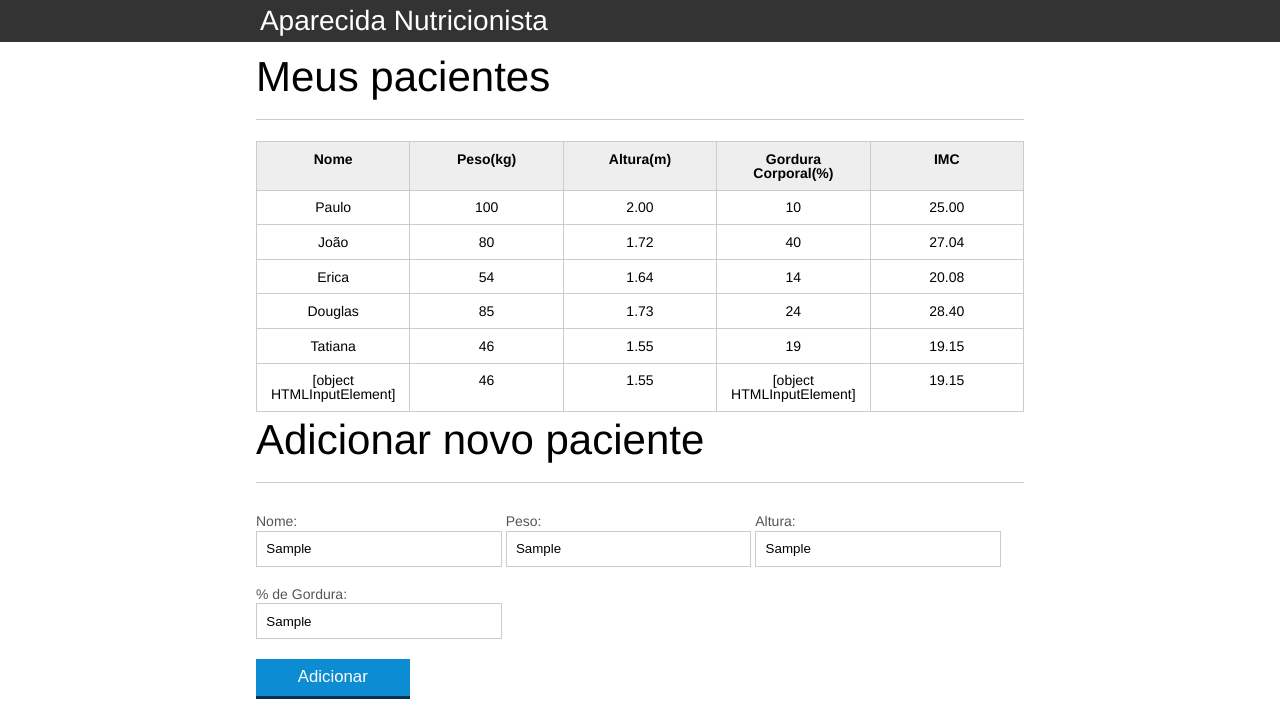
Repository: GabbLps/Controle-de-Clientes-Alura
Page: index.html
These files come from the project's save history. The page is drawn as it stood at one moment and after the next save; the edit follows.
The browser window is 1280 px wide. The pictures show the whole page.
Empty fields were first filled with sample values (such as "Sample", 5 or name@example.com).
After loading, the first visible `#adicionar-paciente` was clicked once.

Above is the page before, as saved 2022-05-09 09:46:19.

### index.html
<!DOCTYPE html>
<html lang="pt-br">
	<head>
		<meta charset="UTF-8">
		<title>Aparecida Nutrição</title>
		<link rel="icon" href="favicon.ico" type="image/x-icon">
		<link rel="stylesheet" type="text/css" href="css/reset.css">
		<link rel="stylesheet" type="text/css" href="css/index.css">

	</head>
	<body>

		<header>
			<div class="container">
				<h1 class="titulo">Aparecida Nutrição</h1>
			</div>
		</header>
		<main>
			<section class="container">
				<h2>Meus pacientes</h2>
				<table>
					<thead>
						<tr>
							<th>Nome</th>
							<th>Peso(kg)</th>
							<th>Altura(m)</th>
							<th>Gordura Corporal(%)</th>
							<th>IMC</th>
						</tr>
					</thead>
					<tbody id="tabela-pacientes">
						<tr class="paciente" id="primeiro-paciente" >
							<td class="info-nome">Paulo</td>
							<td class="info-peso">100</td>
							<td class="info-altura">2.00</td>
							<td class="info-gordura">10</td>
							<td class="info-imc">0</td>
						</tr>

						<tr class="paciente" >
							<td class="info-nome">João</td>
							<td class="info-peso">80</td>
							<td class="info-altura">1.72</td>
							<td class="info-gordura">40</td>
							<td class="info-imc">0</td>
						</tr>

						<tr class="paciente" >
							<td class="info-nome">Erica</td>
							<td class="info-peso">54</td>
							<td class="info-altura">1.64</td>
							<td class="info-gordura">14</td>
							<td class="info-imc">0</td>
						</tr>

						<tr class="paciente">
							<td class="info-nome">Douglas</td>
							<td class="info-peso">85</td>
							<td class="info-altura">1.73</td>
							<td class="info-gordura">24</td>
							<td class="info-imc">0</td>
						</tr>
						<tr class="paciente" >
							<td class="info-nome">Tatiana</td>
							<td class="info-peso">46</td>
							<td class="info-altura">1.55</td>
							<td class="info-gordura">19</td>
							<td class="info-imc">0</td>
						</tr>
					</tbody>
				</table>

			</section>
		</main>

		<section class="container">
			<h2 id="titulo-form">Adicionar novo paciente</h2>
			<form id="form-adiciona">
				<div class="grupo">
					<label for="nome">Nome:</label>
					<input id="nome" name="nome" type="text" placeholder="Digite o nome do seu paciente" class="campo">
				</div>
				<div class="grupo">
					<label for="peso">Peso:</label>
					<input id="peso" name="peso" type="text" placeholder="Digite o peso do seu paciente" class="campo campo-medio">
				</div>
				<div class="grupo">
					<label for="altura">Altura:</label>
					<input id="altura" name="altura" type="text" placeholder="Digite a altura do seu paciente" class="campo campo-medio">
				</div>
				<div class="grupo">
					<label for="gordura">% de Gordura:</label>
					<input id="gordura" type="text" placeholder="Digite a porcentagem de gordura do seu paciente" class="campo campo-medio">
				</div>

				<button id="adicionar-paciente" class="botao bto-principal">Adicionar</button>
			</form>
		</section>

		<script src="js/calcula-imc.js"></script>
		<script src="js/form.js"></script>
	</body>
</html>

### css/index.css
*{
	box-sizing: border-box;
 }

body{
	font-family: "Helvetica Neue", "Helvetica", Helvetica, Arial, sans-serif;
	font-size: 14px;
}

header{
	background-color: #333;
	height: 3em;
	color: #FFF;
	margin-bottom: 1em;
}

header h1{
	font-size: 2em;
	display:inline-block;
	vertical-align:	middle;
}
header h2{
	font-size: 2em;
	display:inline-block;
	vertical-align:	middle;
}

header .container:before{
	content: '';
	display:inline-block;
	height: 100%;
	vertical-align:	middle;
}

.container{
	width: 60%;
	height: 100%;
	margin: 0 auto;
}

section{
	margin: 2em 0;
	overflow: hidden;
}

section h2{
	font-size: 3em;
	display: block;
	padding-bottom: .5em;
	border-bottom: 1px solid #ccc;
	margin-bottom: .5em;
}

table{
	width: 100%;
	margin-bottom : .5em;
    table-layout: fixed;

}

td, th {
	padding: .7em;
	margin: 0;
	border: 1px solid #ccc;
	text-align: center;
}

th{
	font-weight: bold;
	background-color: #EEE;
}

label{
	color: #555;
	display: block;
	margin-bottom: .2em;
}

.campo{
	margin: 0;
	padding-bottom: 1em;
	width: 100%;
	border: 1px solid #ccc;
	padding: .7em;
	width: 100%;
}

.campo-medio{
	display: inline-block;
	padding-right: .5em;
}

.grupo{
	width: 32%;
	display: inline-block;
	padding: 10px 0px;
}

button{
	padding: .5em 2em;
	border: 0;
	border-bottom: 3px solid;
	font-size: 1.2em;
	cursor: pointer;
	margin: 0;
	margin-top: -3px;
	color: #fff;
	background-color:#0c8cd3;
	border-color: #04324c;
	width: 20%;
    display: block;
    clear: both;
    margin: 10px 0px;

}

button:active{
	margin-top:0px;
	border: 0;
}

button[disabled=disabled], button:disabled {
    background-color: gray;
	border-color: darkgray;

}

.adicionar-paciente{
    margin-top: 30px;
}

.campo-invalido{
	border: 1px solid red;
}

#mensagem-erro{
	color:red;
}

.paciente-invalido {
	background-color: lightcoral;
}

### js/calcula-imc.js
var titulo = document.querySelector(".titulo");
titulo.textContent = "Aparecida Nutricionista";

var pacientes = document.querySelectorAll(".paciente");

for(var i = 0;i < pacientes.length; i++) {

    var paciente = pacientes[i];

    var tdPeso = paciente.querySelector(".info-peso");
    var peso = tdPeso.textContent;

    var tdAltura = paciente.querySelector(".info-altura");
    var altura = tdAltura.textContent;

    var tdImc = paciente.querySelector(".info-imc");

    var pesoEhValido = true;
    var alturaEhValida = true;

    if(peso <= 0 || peso >= 1000) {
        console.log("Peso inválido!")
        pesoEhValido = false;
        tdImc.textContent = "Peso inválido!"
        paciente.classList.add("paciente-invalido");
    }

    if(altura <= 0 || altura >= 3) {
        console.log("Altura inválida!")
        pesoEhValido = false;
        tdImc.textContent = "Altura inválida!";
        paciente.classList.add("paciente-invalido");
    }

    if(pesoEhValido && alturaEhValida) {
        var imc = calculaImc(peso,altura);
        tdImc.textContent = imc;
    }
}

function calculaImc(peso,altura) {
    var imc = 0;

    imc = peso / (altura*altura);

    return imc.toFixed(2);
}

### js/form.js
var botaoAdicionar = document.querySelector("#adicionar-paciente");
botaoAdicionar.addEventListener("click", function(event) {
    event.preventDefault();

    var form = document.querySelector("#form-adiciona");

    //  Extraindo informações do paciente form
    var paciente = obtemPacienteDoFormulario(form);

    //  Cria a tr a td do paciente
    var pacienteTr = document.createElement("tr");
    pacienteTr.classList.add("paciente");

    var nomeTd = document.createElement("td");
    var pesoTd = document.createElement("td");
    var alturaTd = document.createElement("td");
    var gorduraTd = document.createElement("td");
    var imcTd = document.createElement("td");

    nomeTd.textContent = nome;
    pesoTd.textContent = peso;
    alturaTd.textContent = altura;
    gorduraTd.textContent = gordura;
    imcTd.textContent = calculaImc(peso,altura);

    // Aqui também adiciona classes nas TDs
    pacienteTr.appendChild(nomeTd);   // Adiciona nomeTd dentro da Tr
    nomeTd.classList.add("info-nome");// Adiciona a classe info-name no nomeTd

    pacienteTr.appendChild(pesoTd);
    pesoTd.classList.add("info-peso");

    pacienteTr.appendChild(alturaTd);
    alturaTd.classList.add("info-altura");

    pacienteTr.appendChild(gorduraTd);
    gorduraTd.classList.add("info-gordura");

    pacienteTr.appendChild(imcTd);
    imcTd.classList.add("info-imc");

    //  Adicionando paciente na tabela
    var tabela = document.querySelector("#tabela-pacientes");

    tabela.appendChild(pacienteTr);
});

function obtemPacienteDoFormulario(form) {

    var paciente = {
        nome: form.nome.value,
        peso: form.peso.value,
        altura: form.altura.value,
        gordura: form.gordura.value,
        imc: calculaImc(form.peso.value, form.altura.value)
    }

    return paciente;
}

function montaTr(paciente){
    var pacienteTr = document.createElement("tr");
    pacienteTr.classList.add("paciente");

    var nomeTd = document.createElement("td");
    var pesoTd = document.createElement("td");
    var alturaTd = document.createElement("td");
    var gorduraTd = document.createElement("td");
    var imcTd = document.createElement("td");

    nomeTd.textContent = paciente.nome;
    pesoTd.textContent = paciente.peso;
    alturaTd.textContent = paciente.altura;
    gorduraTd.textContent = paciente.gordura;
    imcTd.textContent = paciente.imc;

    pacienteTr.appendChild(nomeTd);   // Adiciona nomeTd dentro da Tr
    nomeTd.classList.add("info-nome");// Adiciona a classe info-name no nomeTd

    pacienteTr.appendChild(pesoTd);
    pesoTd.classList.add("info-peso");

    pacienteTr.appendChild(alturaTd);
    alturaTd.classList.add("info-altura");

    pacienteTr.appendChild(gorduraTd);
    gorduraTd.classList.add("info-gordura");

    pacienteTr.appendChild(imcTd);
    imcTd.classList.add("info-imc");

    return pacienteTr
}

Loaded but not shown: css/reset.css (common file)

After the next save:
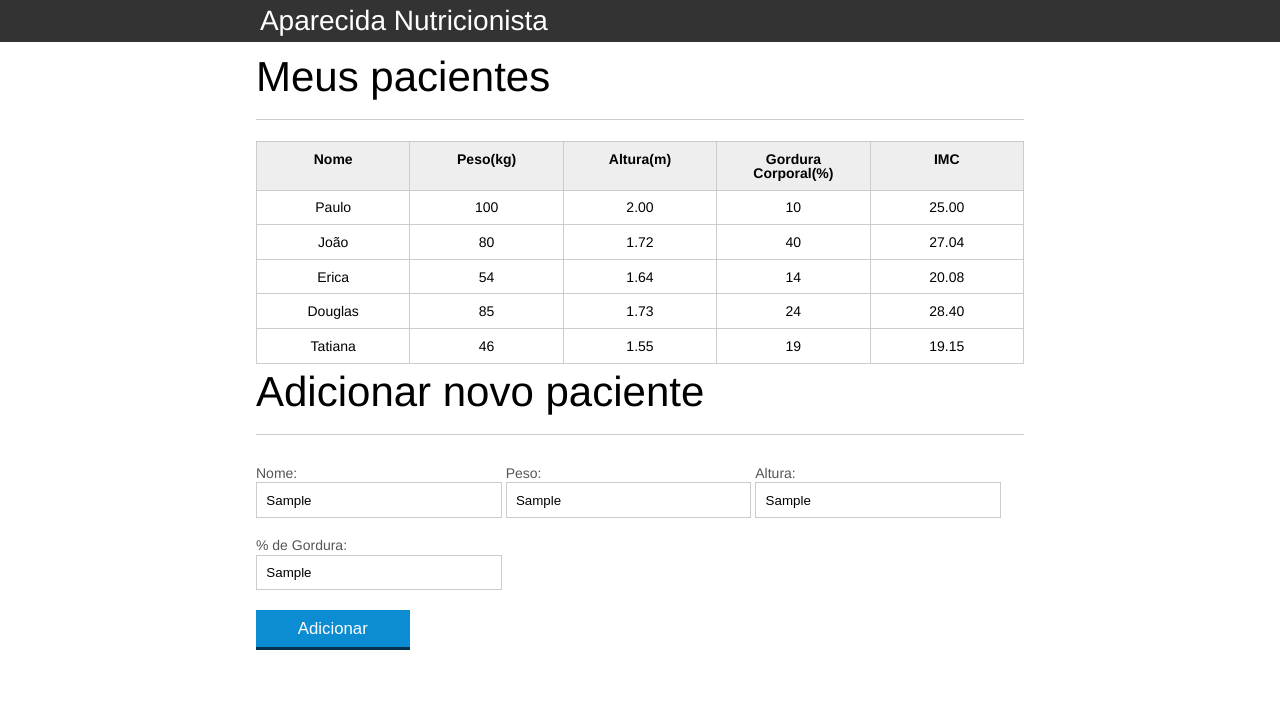
Console error: ReferenceError: pacienteTr is not defined
Saved 58 s later.
--- a/js/form.js
+++ b/js/form.js
@@ -8,36 +8,7 @@
     var paciente = obtemPacienteDoFormulario(form);
 
     //  Cria a tr a td do paciente
-    var pacienteTr = document.createElement("tr");
-    pacienteTr.classList.add("paciente");
-
-    var nomeTd = document.createElement("td");
-    var pesoTd = document.createElement("td");
-    var alturaTd = document.createElement("td");
-    var gorduraTd = document.createElement("td");
-    var imcTd = document.createElement("td");
-
-    nomeTd.textContent = nome;
-    pesoTd.textContent = peso;
-    alturaTd.textContent = altura;
-    gorduraTd.textContent = gordura;
-    imcTd.textContent = calculaImc(peso,altura);
-
-    // Aqui também adiciona classes nas TDs
-    pacienteTr.appendChild(nomeTd);   // Adiciona nomeTd dentro da Tr
-    nomeTd.classList.add("info-nome");// Adiciona a classe info-name no nomeTd
-
-    pacienteTr.appendChild(pesoTd);
-    pesoTd.classList.add("info-peso");
-
-    pacienteTr.appendChild(alturaTd);
-    alturaTd.classList.add("info-altura");
-
-    pacienteTr.appendChild(gorduraTd);
-    gorduraTd.classList.add("info-gordura");
-
-    pacienteTr.appendChild(imcTd);
-    imcTd.classList.add("info-imc");
+    montaTr(paciente);
 
     //  Adicionando paciente na tabela
     var tabela = document.querySelector("#tabela-pacientes");

After the save that followed:
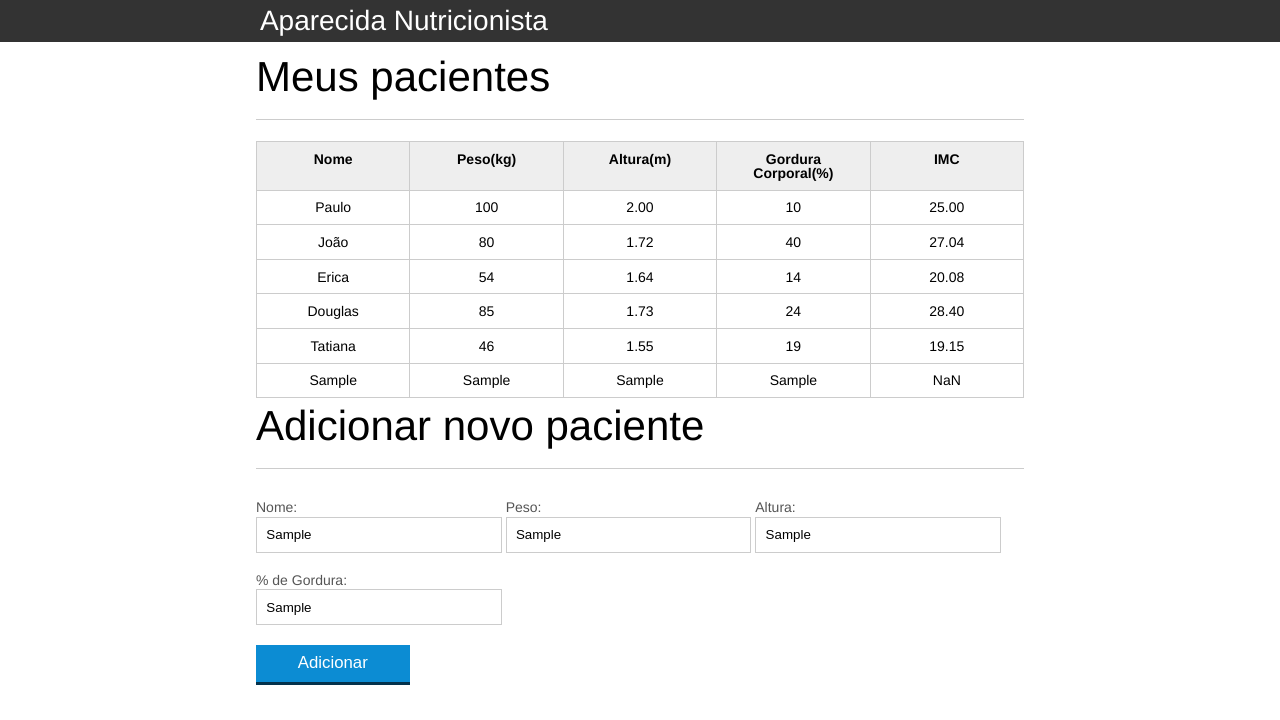
The error is gone.
Saved 28 s later.
--- a/js/form.js
+++ b/js/form.js
@@ -8,7 +8,7 @@
     var paciente = obtemPacienteDoFormulario(form);
 
     //  Cria a tr a td do paciente
-    montaTr(paciente);
+    var pacienteTr = montaTr(paciente);
 
     //  Adicionando paciente na tabela
     var tabela = document.querySelector("#tabela-pacientes");
